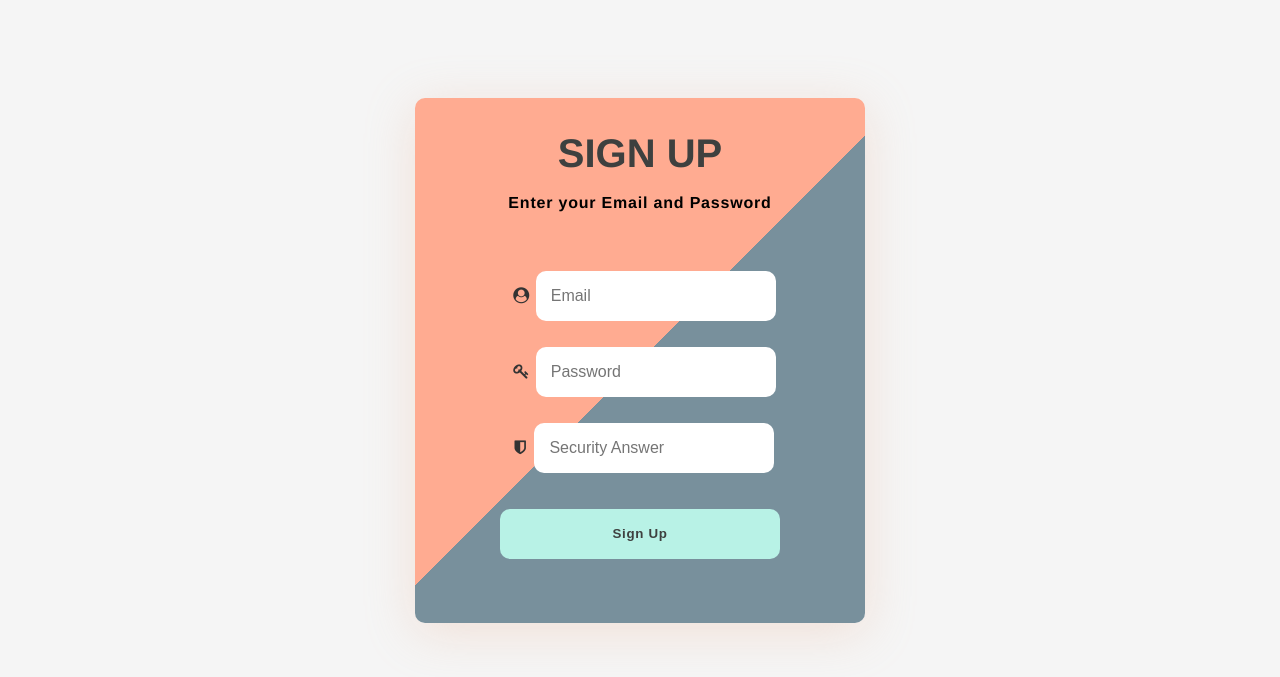
Repository: DhanushPrabha22/Zoho-Mini-Project
Page: http://localhost/ToDo_List/sign_up.jsp
The author's editor kept a copy of each file at every save. The page is drawn from the files as they stood at one save, then again after the next save.
The browser window is 1280 px wide. The pictures show the whole page.
Some web libraries are served in a nearby version. The page is served by Tomcat 9. Other server files are loaded and not shown.

Above is the page before, as saved 2021-03-17 09:13:38.

### Todo Eclipse/ToDo_List/WebContent/sign_up.jsp
<!--

sign_up.jsp

java version "1.8.0_45"

Created By Dhanush L

-->

<%@taglib uri="http://struts.apache.org/tags-html" prefix="html"%>
<!DOCTYPE html>
<html>
<head>
	<title>To-Do</title>
	<link rel="icon" href="resources/appIcon.png">
	<link rel="stylesheet" type="text/css" href="../styles/sign_in.css" />
	<link rel="stylesheet" href="https://cdnjs.cloudflare.com/ajax/libs/font-awesome/4.7.0/css/font-awesome.min.css">
	<script src="https://ajax.googleapis.com/ajax/libs/jquery/2.1.1/jquery.min.js"></script>
	<script src="../scripts/sign_up.js"></script>
</head>
<body>
	<div class="main-div">
		<!--   con = Container  for items in the form-->
		<div class="con">
			<!--     Start  header Content  -->
			<header class="head-form">
				<h2>SIGN UP</h2>
				<!--     A welcome message or an explanation of the login form -->
				<br>
				<p><b>Enter your Email and Password</b></p>
			</header>
			<br>
			<div class="field-set">
				<html:form action="signingup" method="post">

					<!--user name -->
					<html:errors property="email_e"/><br>
					<span class="input-item"><i class="fa fa-user-circle"></i></span>
					<html:text styleClass="form-input" property="email" styleId="email"/><br>

					<!--Password -->
					<html:errors property="password_e"/><br>
					<span class="input-item"><i class="fa fa-key"></i></span>
					<html:password styleClass="form-input" property="password" styleId="pwd"/><br>

					<html:errors property="security_e"/><br>
					<div class="tooltip">
						<span class="input-item"><i class="fa fa-shield"></i></span>
						<span class="tooltiptext"><b>Enter the correct answer</b><br><br><b>1.</b> What is your favorite sport?<br><b>2.</b> What is your pet name?<br><b>3.</b> What is your favorite city?</span>
					</div>
					<html:text styleClass="form-input" property="security" styleId="sec"/>

					<br><br><br>
					<html:submit styleClass="sign-up button" value="Sign Up"/>
				</html:form>
			</div>
		<!--   End Container  -->
		</div>
	<!-- End Form -->
	</div>
</body>
</html>

### Todo Eclipse/ToDo_List/WebContent/styles/sign_in.css

* {
    padding: 0;
    margin: 0;
    box-sizing: border-box;
}

body {
  font-family: Helvetica, san-serif;
  overflow-x: hidden;
  overflow-y: hidden;
  background-color: #f5f5f5;
}

.main-div{
	box-shadow: 0 9px 50px hsla(20, 67%, 75%, 0.31);
	position: absolute;
	margin: auto;
  	top: 0;
  	right: 0;
  	bottom: 0;
  	left: 0;
	width: 450px;
	background-image: linear-gradient(-225deg, #FFAB91 50%, #78909C 50%);
    height: 525px;
	text-align:center;
    border-radius: 10px;
    padding: 2%;
}

.field-set{
	margin-top: -25px;
}

/* the header form form */
header {
    margin: 2% auto 10% auto;
    text-align: center;
}
/* Login title form form */
header h2 {
    font-size: 250%;
    color: #3e403f;
}
/*  A welcome message or an explanation of the login form */
header p {letter-spacing: 0.05em;}


.input-item {
    background: transparent;
    color: #333;
    padding: 14.5px 0px 15px 9px;
    margin-right: 2px;
}

.tooltip {
  position: relative;
  display: inline-block;
  margin-right: 2px;
}

.tooltip .tooltiptext {
  visibility: hidden;
  width: 225px;
  background-color: #37474F;
  color: #fff;
  text-align: center;
  border-radius: 6px;
  padding: 5px 0;

  /* Position the tooltip */
  position: absolute;
  z-index: 1;
}

.tooltip:hover .tooltiptext {
  visibility: visible;
}


/* inputs form  */
.form-input{
    width: 240px;
    height: 50px;
    margin-top: 2%;
    padding: 15px;
    font-size: 16px;
    font-family: 'Abel', sans-serif;
    color: #5E6472;
    outline: none;
    border: none;
    border-radius: 10px;
    transition: 0.2s linear;

}

.form-input:focus {
    transform: translateX(-2px);
    border-radius: 5px;
}


.button {
    display: inline-block;
    color: #3e403f;
    width: 280px;
    height: 50px;
    padding: 0 20px;
    background: #fff;
    border-radius: 10px;
    outline: none;
    border: none;
    cursor: pointer;
    text-align: center;
    transition: all 0.2s linear;
    font-weight: bold;
    margin: 0 auto;
    letter-spacing: 0.05em;
}
/* Submits */
.submits {
    width: 48%;
    display: inline-block;
    float: left;
    margin-left: 2%;
}

/* Forgot Password button FAF3DD  */
.frgt-pass {background: transparent;}

/*     Sign Up button  */
.sign-up {background: #B8F2E6;}


/* buttons hover */
.button:hover {
    transform: translatey(3px);
    box-shadow: none;
}

/* buttons hover Animation */
.button:hover {
    animation: ani9 0.4s ease-in-out infinite alternate;
}
@keyframes ani9 {
    0% {
        transform: translateY(3px);
    }
    100% {
        transform: translateY(5px);
    }
}

### Todo Eclipse/ToDo_List/WebContent/scripts/sign_up.js
$(function() {
    $("#email").attr("placeholder", "Email");
    $("#pwd").attr("placeholder", "Password");
    $("#sec").attr("placeholder", "Security Answer");
});

function cancel(){
	document.location.href='/ToDo_List/sign_in.jsp';
}

After the next save:
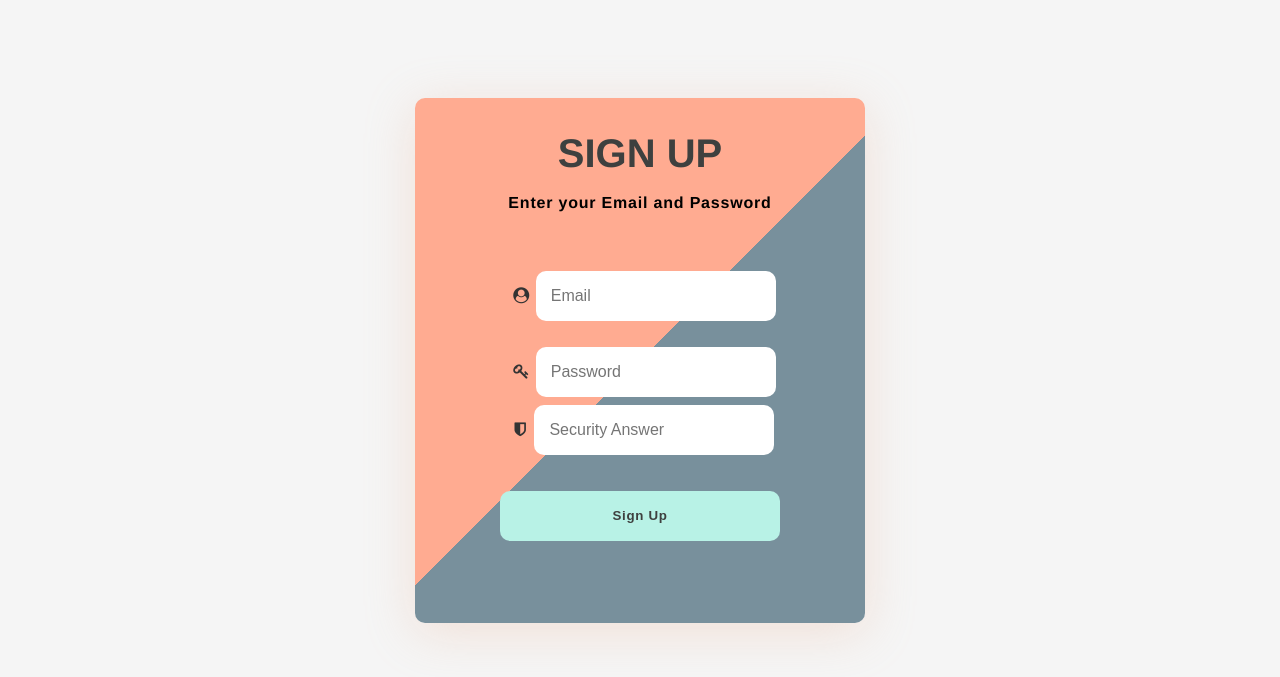
Saved 42 s later.
--- a/Todo Eclipse/ToDo_List/WebContent/sign_up.jsp
+++ b/Todo Eclipse/ToDo_List/WebContent/sign_up.jsp
@@ -44,7 +44,6 @@
 					<span class="input-item"><i class="fa fa-key"></i></span>
 					<html:password styleClass="form-input" property="password" styleId="pwd"/><br>
 
-					<html:errors property="security_e"/><br>
 					<div class="tooltip">
 						<span class="input-item"><i class="fa fa-shield"></i></span>
 						<span class="tooltiptext"><b>Enter the correct answer</b><br><br><b>1.</b> What is your favorite sport?<br><b>2.</b> What is your pet name?<br><b>3.</b> What is your favorite city?</span>

After the save that followed:
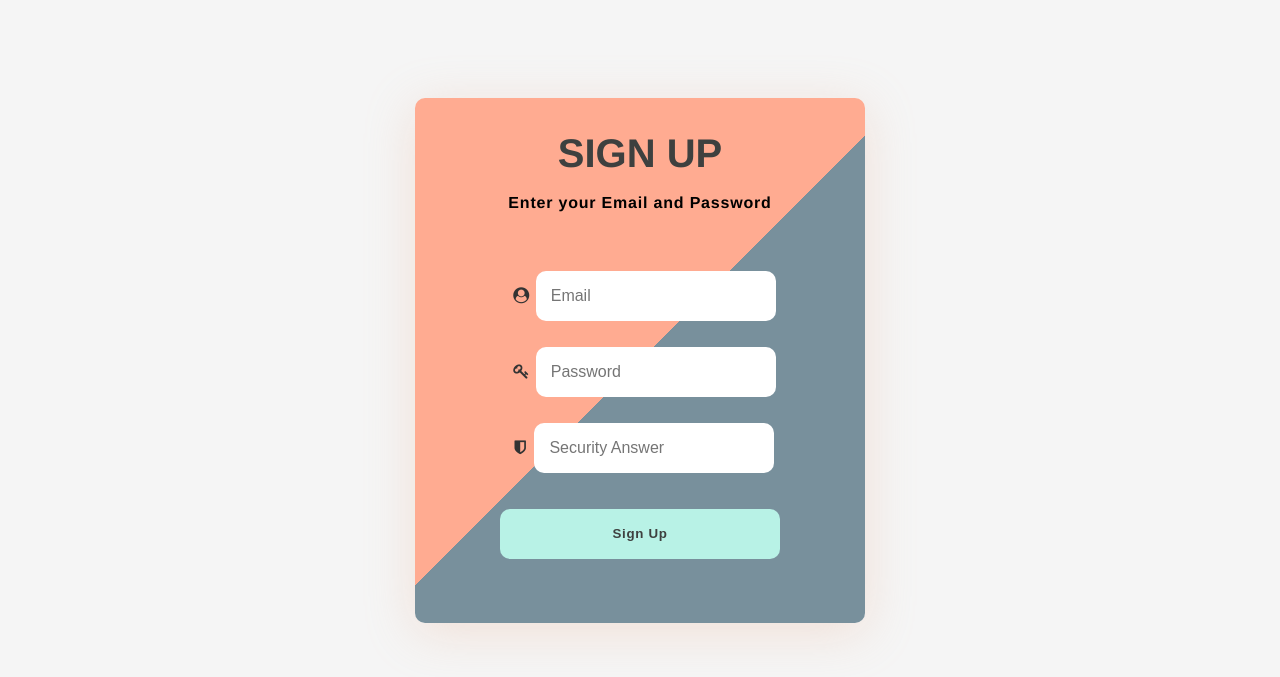
Saved 83 s later.
--- a/Todo Eclipse/ToDo_List/WebContent/sign_up.jsp
+++ b/Todo Eclipse/ToDo_List/WebContent/sign_up.jsp
@@ -44,6 +44,7 @@
 					<span class="input-item"><i class="fa fa-key"></i></span>
 					<html:password styleClass="form-input" property="password" styleId="pwd"/><br>
 
+					<br>
 					<div class="tooltip">
 						<span class="input-item"><i class="fa fa-shield"></i></span>
 						<span class="tooltiptext"><b>Enter the correct answer</b><br><br><b>1.</b> What is your favorite sport?<br><b>2.</b> What is your pet name?<br><b>3.</b> What is your favorite city?</span>
